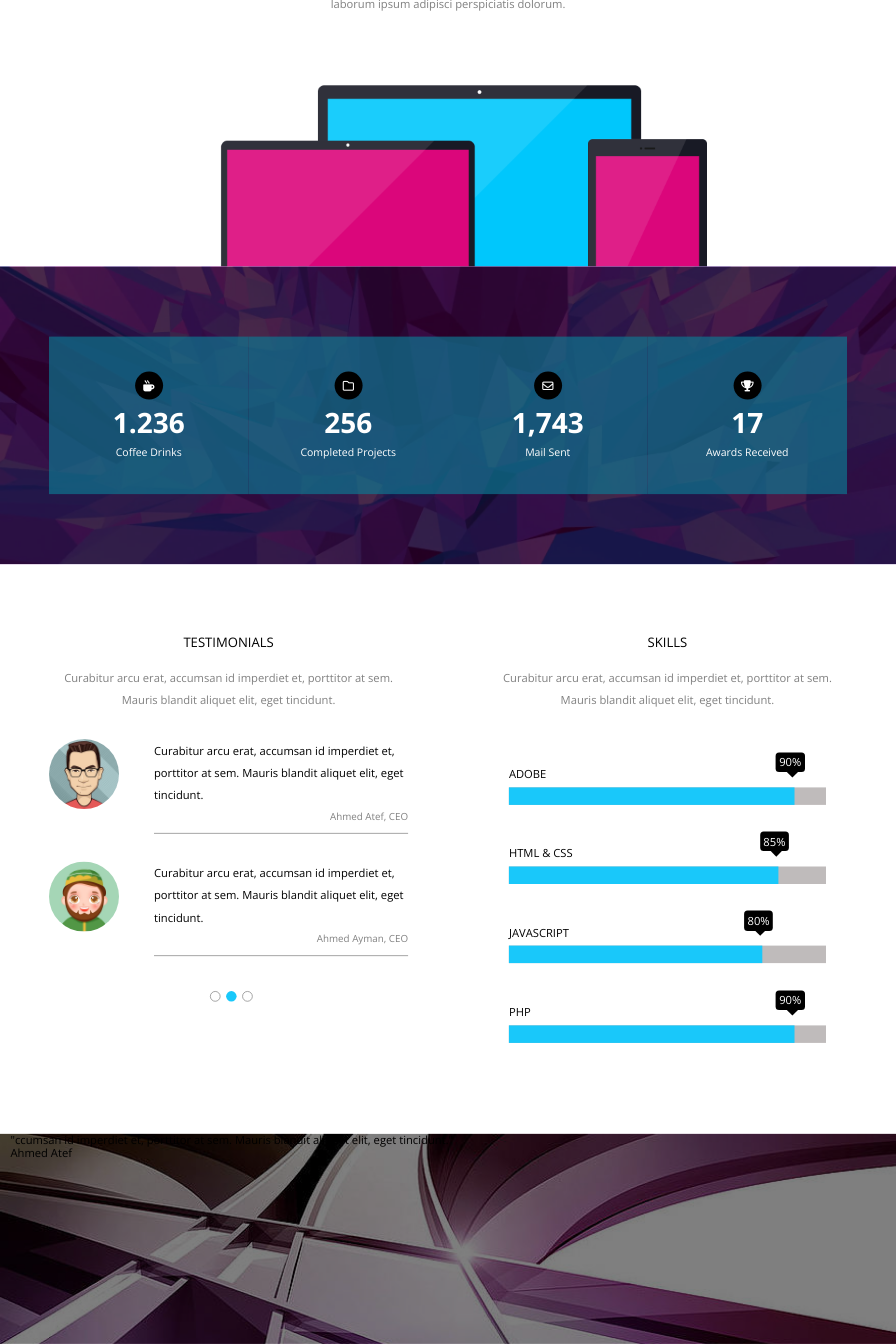
Repository: Ahmed123rezk123/Template_2
Page: index.html
An editor plug-in stored every save of this project. The page is shown before and after a run of saves, followed by the edit.
The browser window is 1280 px wide. The pictures show the part of the page from y = 4247 to 6167 px (the page is 6167 px tall), at 70% of full size.
A picture or video elsewhere on the page could not be fetched, so the positions and the page height are approximate. Some web fonts or font styles are not loaded; a fallback is used.

Above is the page before, as saved 2024-04-15 19:27:37.

After the next 2 saves:
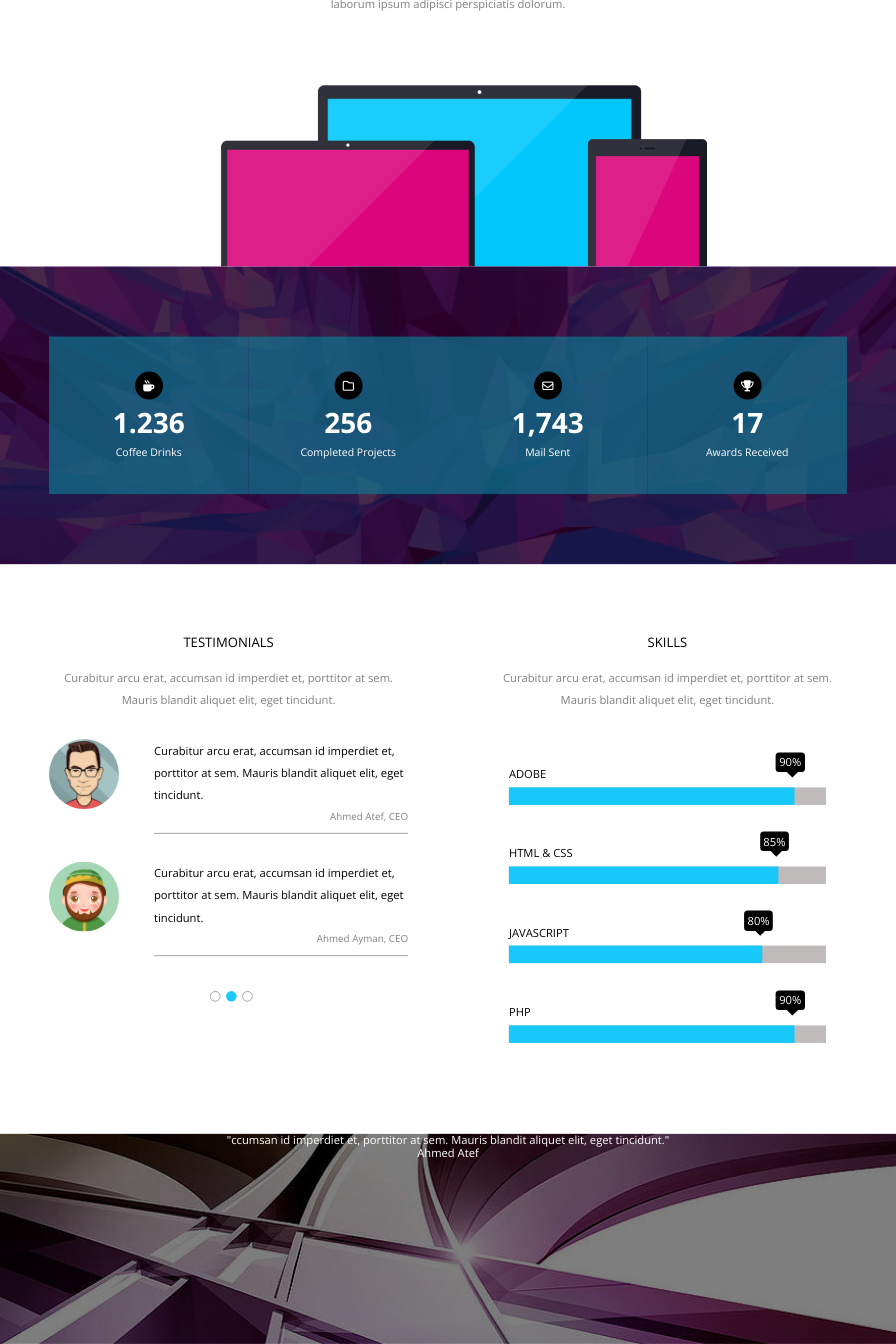
The 2 saves are shown as one change because they came seconds apart.
The last was saved 7 s later.
--- a/css/kasper.css
+++ b/css/kasper.css
@@ -806,6 +806,7 @@ height: 300px;
     height: 100%;
 }
 .quote .container .content {
-
+text-align: center;
+color: white;
 }
 /* End Quote */
